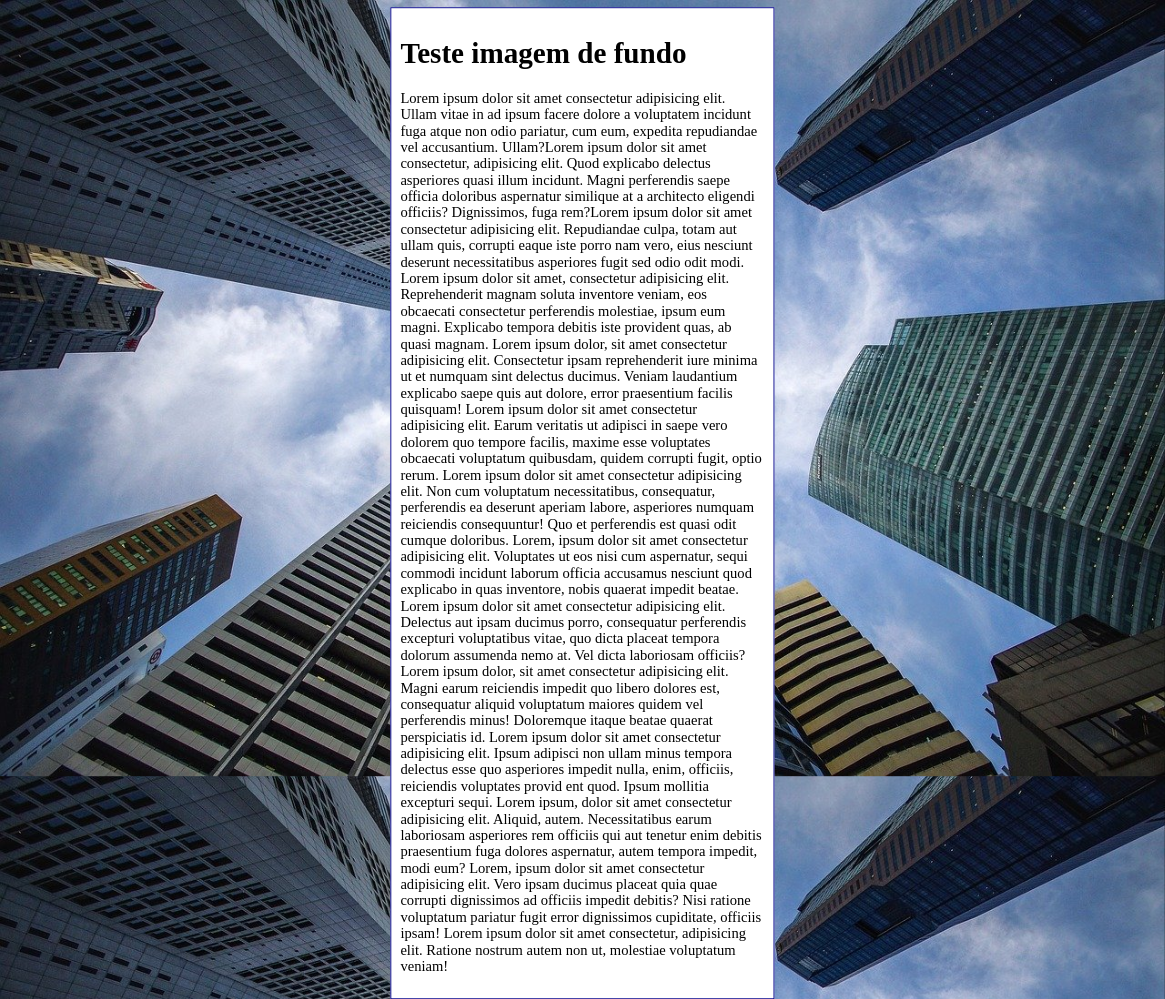
Repository: Leonngc/html-css
Page: Exercicios/ex023/funndo006.html
An editor plug-in stored every save of this project. The page is shown before and after the next save, followed by the edit.
The browser window is 1280 px wide. The pictures show the whole page, at 91% of full size.
Backgrounds fixed to the window are drawn as part of the page.

Above is the page before, as saved 2022-10-27 19:31:44.

After the next save:
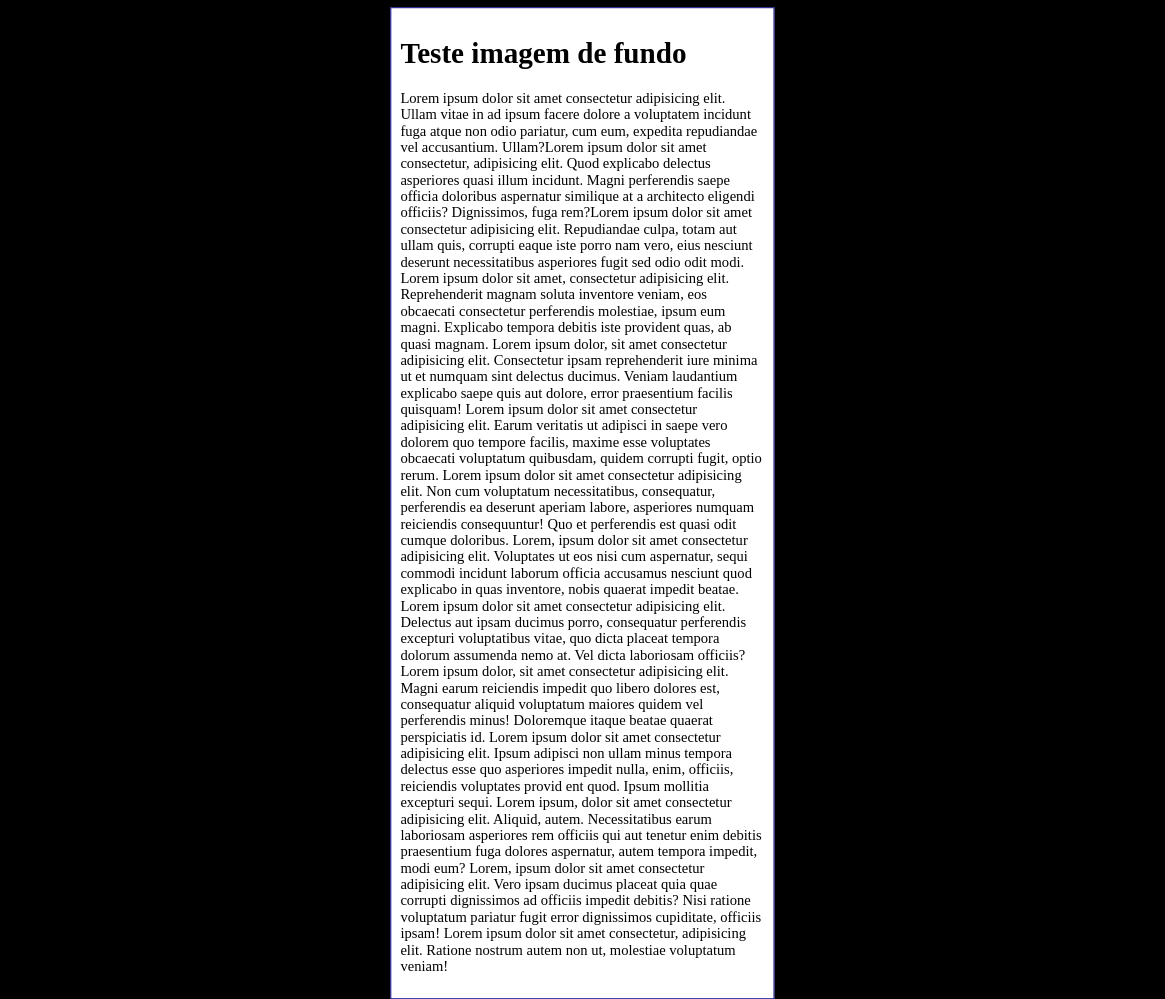
Saved 4 s later.
--- a/Exercicios/ex023/funndo006.html
+++ b/Exercicios/ex023/funndo006.html
@@ -17,7 +17,7 @@
             background-attachment: fixed;
 
             /*SHORTHAND - BACKGROUND*/
-            background: ;
+            background: black;
         }
         main{
             background-color: white;
